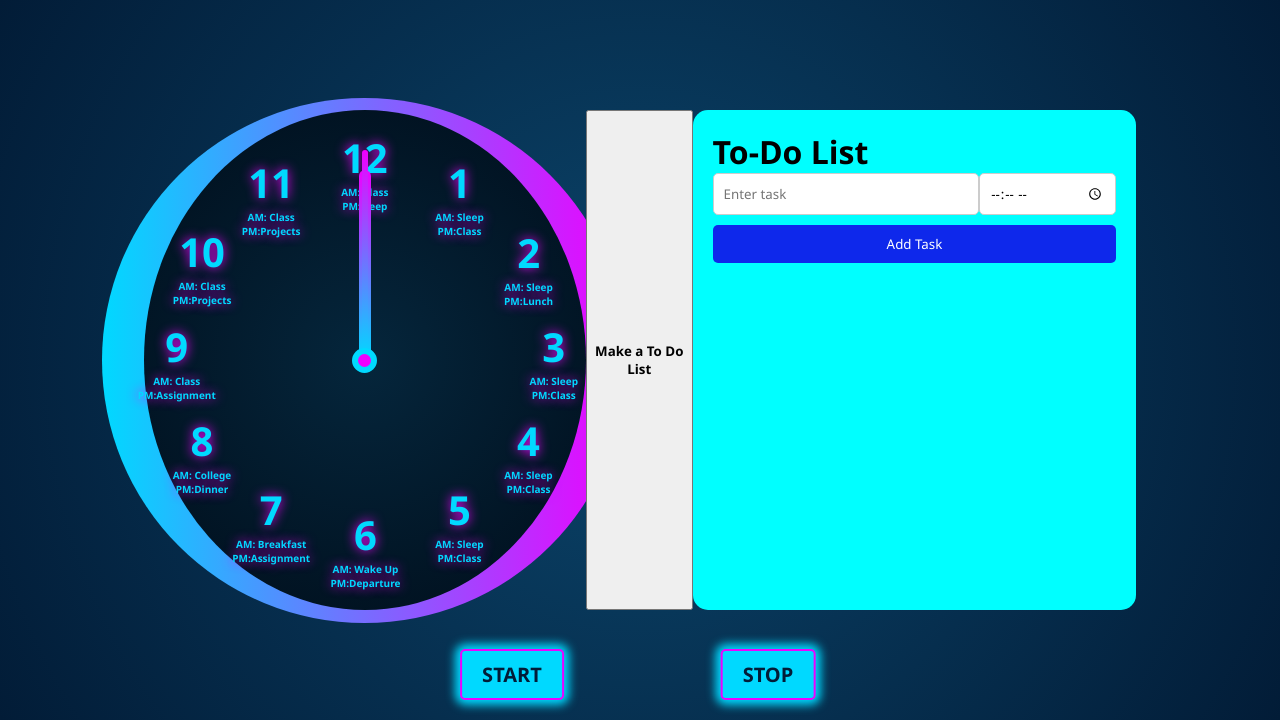
Repository: Suryansh-D/Cool-Clock
Page: index.html
An editor plug-in stored every save of this project. The page is shown before and after a run of saves, followed by the edit.
The browser window is 1280 px wide. The pictures show the whole page.

Above is the page before, as saved 2024-01-30 18:30:23.

After the next 2 saves:
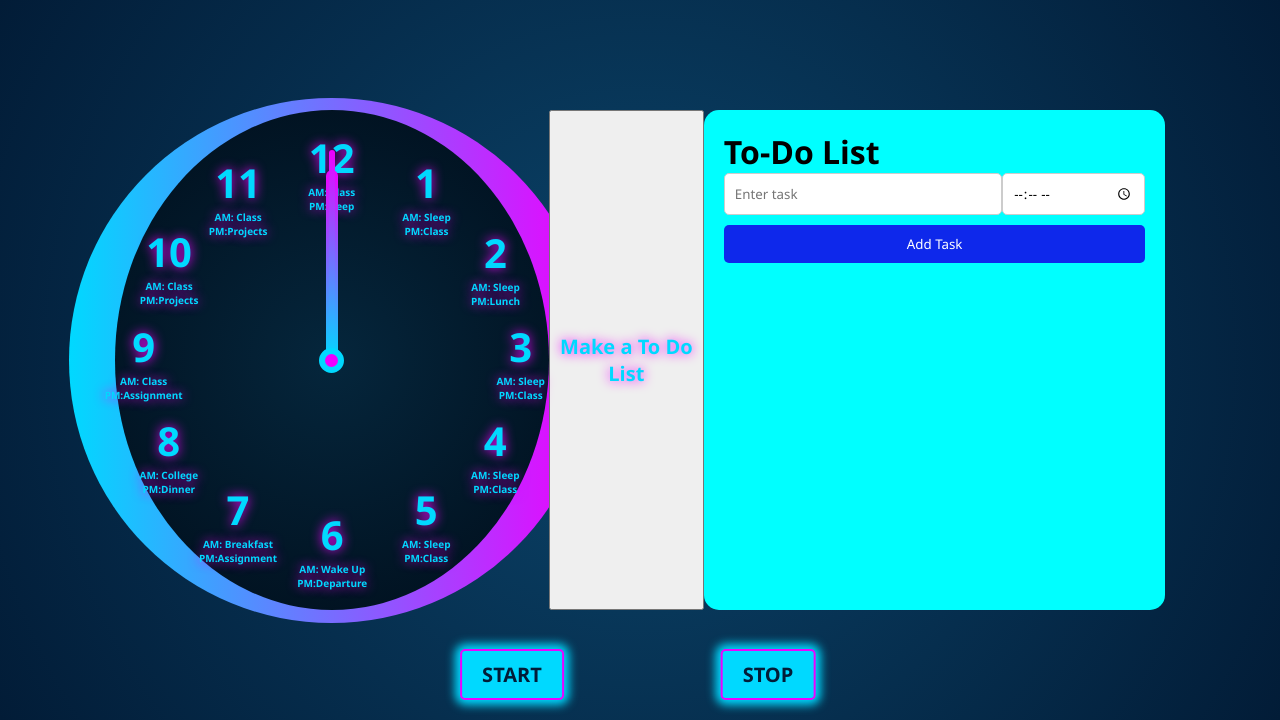
The 2 saves are shown as one change because they came seconds apart.
The last was saved 12 s later.
--- a/style.css
+++ b/style.css
@@ -118,7 +118,13 @@ body{
 .task{
     font-size: 10px
 }
-.To
+.To-do{
+    font-size: 20px;
+    font-weight: 500;
+    color: #00d9ff;
+    text-shadow:0 0 12px #ee00ff;
+
+}
 
 /* To do */
 
